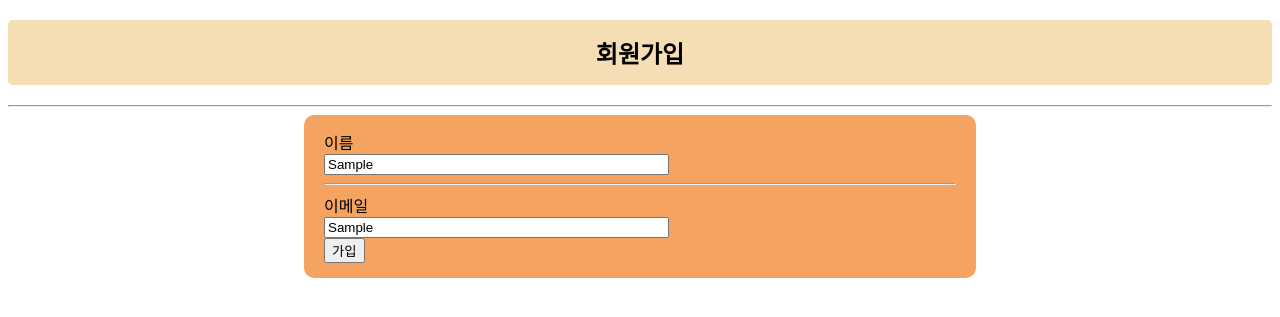
Repository: dngus1683/GameRoom
Page: project1_GameRoom/1~2주차 점검 공부정리/dev/MyWorkspace/jwbook/src/main/webapp/ch03/regform.html
An editor plug-in stored every save of this project. The page is shown before and after the next save, followed by the edit.
The browser window is 1280 px wide. The pictures show the whole page.
Empty fields were first filled with sample values (such as "Sample", 5 or name@example.com).
After loading, the first visible `button` was clicked once.

Above is the page before, as saved 2022-04-19 13:01:25.
Console error: ReferenceError: signUp is not defined

### project1_GameRoom/1~2주차 점검 공부정리/dev/MyWorkspace/jwbook/src/main/webapp/ch03/regform.html
<!DOCTYPE html>
<html>
<head>
<meta charset="UTF-8">
<title>회원가입 폼 만들기 예제</title>
<style>
h2 {
	border-radius: 5px; /*박스의 모서리를 둥글게 설정*/
	background-color: wheat;
	text-align: center;
	padding: 15px 0; /*padding 뒤에 2개의 속성값을 가지면 top과 bottom, right와 left 순으로 설정*/
	}
#regform{
	padding: 15px 20px;
	border-radius: 10px;
	margin: auto; /*auto를 하면 중앙에 배치가 된다*/
	width: 50%;
	background-color: SandyBrown;
	}
</style>
</head>
<body>
	<h2>회원가입</h2>
	<hr>	<!--hr 태그는 수평선 그리기 태그-->
	<div id="regform">
	<!-- form 태그는 알게모르게 웹에서 사용을 많이 한다. 사용자 의견이나 정보를 알기 위해 입력할 큰 틀을만드는데 사용. 폼은 입력된 데이터를 한 번에 서버로 전송. 전송한 데이터는 웹 서버가 처리하고,
	 결과에 따른 또 다른 웹 페이지를 보여줌. -->
	 <form name="form1">
	 	<label> <!-- label태그는 사용자 인터페이스(UI)요소의 라벨(label)을 정의할 때 사용. label요소는 for 속성을 사용하여 다른 요소와 결함할 수 있으며, 이때 label 요소의 for 속성값은 결합하고자
	 	하는 요소의 id 속성갑과 같아야 함. 이러한 label 요소는 브라우저에 의해 일반적인 텍스트로 랜더링 되지만, 사용자가 마우스로 해당 텍스트를 클릭할 경우 label 요소와 연겨로딘 요소를 곧바로 선택할 수 있다. -->
	 	이름
	 	</label><br>
	 	<input type="text" name="name" size="40"><br>
	 	<hr>
	 	<label>이메일</label><br>
	 	<input type="text" name="email" size="40"><br>
	 	<button type="button" onclick="signUp()">가입</button>
	 </form>
	</div>
	<div id="result" class = "result"> <!-- 입력 양식과 같은 위치에 대체할 수 잇는 박스를 새로 만들고 화면에는 보이지 않도록 하고, 가입 버튼을 누르면 입력 양식은 지우고 결과 박스가 보이도록 한다.  -->
		<h3>가입 정보</h3>
		<hr>
		이름: <span id="rname"></span><br> <!-- span 태그는 div 태그처럼 특별한 기능을 갖고있지 않고, CSS와 함게 쓰입니다. div태그와 차이점은 display 속성이 block이 아닌 inline이라는 점!
											쉽게 말하면 div는 줄바꿈이 되지만 span 은 줄 바꿈이 되지 않는다 -->
		이메일: <span id="remail"></span><br>
	</div>
	<!-- 이대로 실행하면 입력 양식 아래에 박스가 출력된다. 추가로 자바스크립트를 추가해 화면에 보이지 않도록 하고 가입 버튼을 누르면 보이게 해준다. -->
	<script type="text/javascript"> //head 부분에 작성할 경우 html 파일이 모두 로딩이 되지 않은 상태라 속성 지정이 불가능하므로 결과 화면 코드 이후에 스크립트가 와야 한다.
		document.getElementById("result").style.display="none"; //id가 result인 영역에 CSS 속성 display = "none"을 부여한다.
	</script>

</body>
</html>

After the next save:
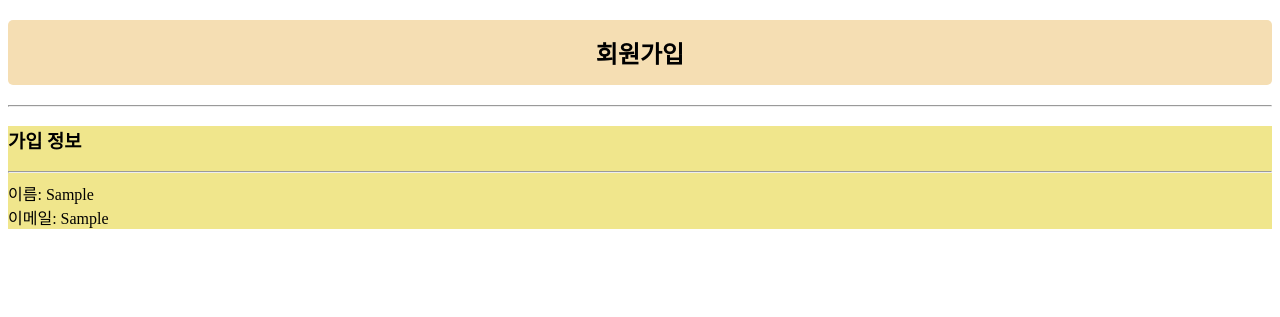
The error is gone.
Saved 11 min 27 s later.
--- a/project1_GameRoom/1~2주차 점검 공부정리/dev/MyWorkspace/jwbook/src/main/webapp/ch03/regform.html
+++ b/project1_GameRoom/1~2주차 점검 공부정리/dev/MyWorkspace/jwbook/src/main/webapp/ch03/regform.html
@@ -18,6 +18,16 @@ h2 {
 	background-color: SandyBrown;
 	}
 </style>
+<script type="text/javascript">
+	//signUp()함수 추가
+	function signUp() {
+		alert("정말로 가입 하겠습니까?");
+		document.getElementById("regform").style.display = "none"; //입력 양식을 안보이게 함.
+		document.getElementById("rname").innerHTML = document.form1.name.value; //innerHTML은 가져온 도큐먼트 오브젝트의 내용이나, 내부 HTML 코드를 JAvaScript코드에서 변경 할 수 있습니다.
+		document.getElementById("remail").innerHTML = document.form1.email.value;
+		document.getElementById("result").setAttribute("style","display:block; background-color:KhaKi;");
+	}
+</script>
 </head>
 <body>
 	<h2>회원가입</h2>
